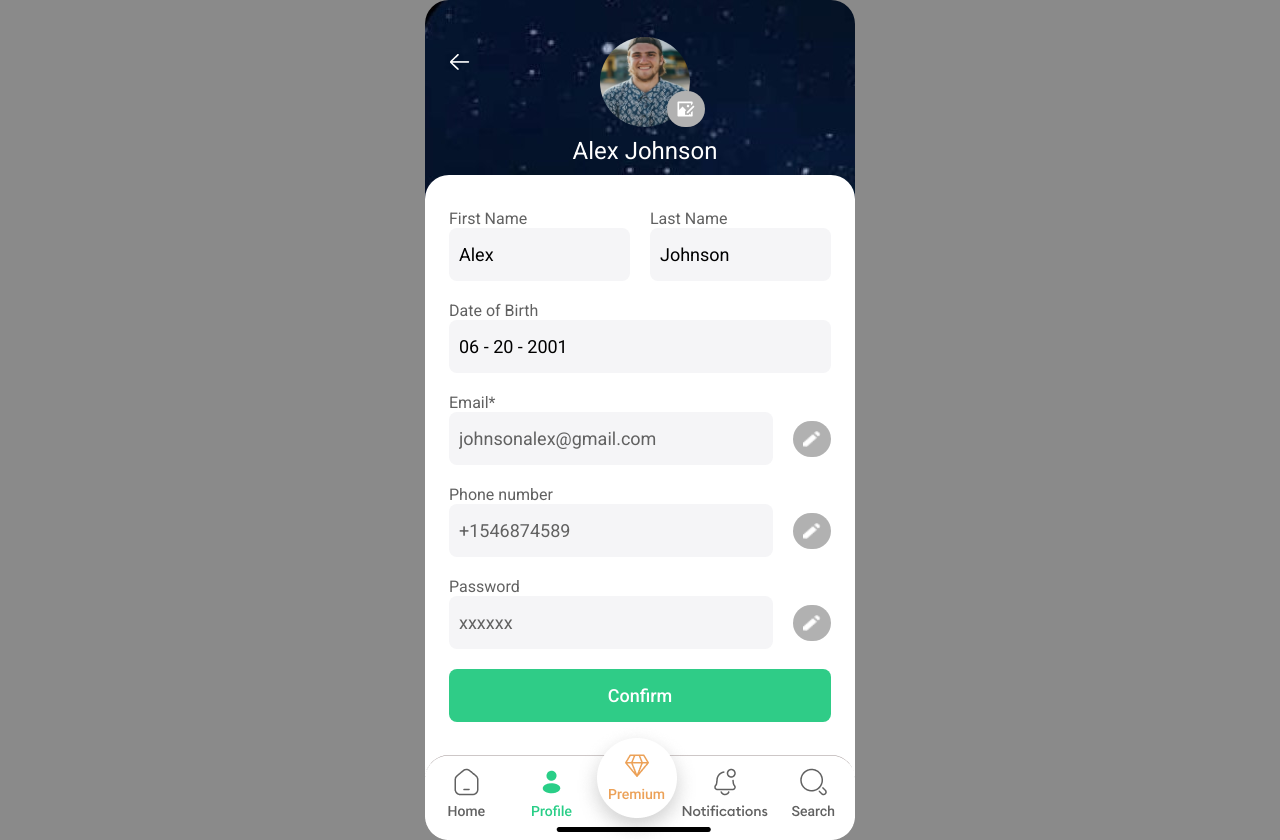
Repository: AytacSafarova/Task-figma-ui
Page: index.html
These files come from the project's save history. The page is drawn as it stood at one moment and after a run of saves; the edit follows.
The browser window is 1280 px wide. The pictures show the whole page.

Above is the page before, as saved 2023-02-25 19:56:12.

### index.html
<html lang="en">
  <head>
    <meta charset="UTF-8" />
    <meta http-equiv="X-UA-Compatible" content="IE=edge" />
    <meta name="viewport" content="width=device-width, initial-scale=1.0" />
    <link rel="stylesheet" href="./index.css" />
    <title>Document</title>
  </head>
  <body>
    <div>
    <div class="container">
      <header>
  <img class="arrow" src="./images/arrow.png" alt="">
            <div class="avatarCollaj">
                <img
                class="avatar"
                src="./images/profle.png"
                alt=""
              />

          <div class="circle">
            <img class="vector" src="./images/Vector (1).svg" alt="" />
          </div>
        </div>


        <h1>Alex Johnson</h1>
      </header>
      <div class="main" >

        <form action="">
            <div class="form_title collaj">
              <div class="name">
                <label> First Name </label>

                <input class="blackFont" type="text" value="Alex" name="name" />
              </div>
              <div>
                <label> Last Name </label>

                <input class="blackFont" type="text" value="Johnson" name="surname" />
              </div>
            </div>
            <div class="collaj">
              <label> Date of Birth </label>

              <input class="blackFont" type="text" value="06 - 20 - 2001" name="date" />
            </div>
            <div class="collaj">


                    <div class="inputLabel collaj">
                <label> Email* </label>
                <div class="iconCollaj">

                <input type="email" value="johnsonalex@gmail.com" name="email" />
            <div class="circle">
                <img class="vector" src="./images/Vector.png" alt="" />
              </div>
              </div>
            </div>

            <div class="inputLabel collaj">
                <label> Phone number </label>
                <div class="iconCollaj">

                <input type="text" value="+1546874589" name="phone" />
            <div class="circle">
                <img class="vector" src="./images/Vector.png" alt="" />
              </div>
              </div>
            </div>

            <div class="inputLabel collaj">
                <label> Password </label>
                <div class="iconCollaj">

                <input type="text" value="xxxxxx" name="password" />
            <div class="circle">
                <img class="vector" src="./images/Vector.png" alt="" />
              </div>
              </div>
            </div>
    <button type="submit">Confirm</button>

          </form>
          <footer>
            <img src="./images/Frame 631814.png" alt="">
             </footer>
      </div>

    </div>

</div>

  </body>
</html>

### index.css
@import url("https://fonts.googleapis.com/css2?family=Roboto:wght@500&display=swap");
@import url("https://fonts.googleapis.com/css2?family=Roboto:wght@400;500&display=swap");
* {
  margin: 0;
  padding: 0;
  box-sizing: border-box;
  font-family: Roboto;
}

body {
  background-color: #8a8a8a;
}
.container {
  width: 430px;
  height: 300px;
  position: relative;
  margin: auto;
  border-radius: 24px;
  background: url("./images/background.png");
}
header {
  padding-top: 37px;
  padding-left: 10px;
}

.avatarCollaj {
  margin: auto;
  width: 90px;
  height: 90px;
  position: relative;
}
.avatar {
  width: 90px;
  height: 90px;
  border-radius: 50%;
  object-fit: fill;
}
.arrow {
  width: 50px;
  height: 50px;
  position: absolute;
}

.circle {
  width: 37.95px;
  height: 36px;
  border-radius: 24px;
  padding: 10px;
  background-color: #b1b1b1;
}
.avatarCollaj .circle {
  position: absolute;
  right: -15px;
  bottom: 0;
}
.vector {
  width: 17.95px;
  height: 16px;
}
h1 {
  font-family: Roboto;
  font-weight: 400;
  font-size: 24px;
  line-height: 28px;
  letter-spacing: 1%;
  color: #ffffff;
  text-align: center;
  margin-top: 10px;
  margin-bottom: 10px;
}

form {
  border-top-left-radius: 24px;
  border-top-right-radius: 24px;
  background-color: #ffffff;
  padding-top: 34px;
  padding-bottom: 34px;
  padding-left: 24px;
  padding-right: 24px;
}

.form_title {
  display: flex;
}
.form_title input {
  width: 181px;
  height: 53px;
}
input {
  background-color: #f5f5f7;
  width: 100%;
  padding-top: 16px;
  padding-bottom: 16px;
  padding-left: 10px;
  border: none;
  border-radius: 8px;
  font-weight: 400;
  color: #616161;
  font-size: 18px;
}
.blackFont {
  color: #000000;
}
label {
  display: block;
  color: #616161;
}
.name {
  margin-right: 20px;
}
.collaj {
  margin-bottom: 20px;
}
.iconCollaj {
  display: flex;
}
.iconCollaj .circle {
  margin: auto;
  margin-left: 20px;
}
.inputLabel input {
  width: 337px;
  height: 53px;
}

button {
  background-color: #2fcc87;
  width: 100%;
  padding-top: 16px;
  padding-bottom: 16px;
  text-align: center;
  color: #ffffff;
  font-size: 18px;
  border: none;
  font-family: Roboto;
  font-weight: 500;
  border-radius: 8px;
}
footer {
  position: absolute;
  left: 0;
}

After the next 2 saves:
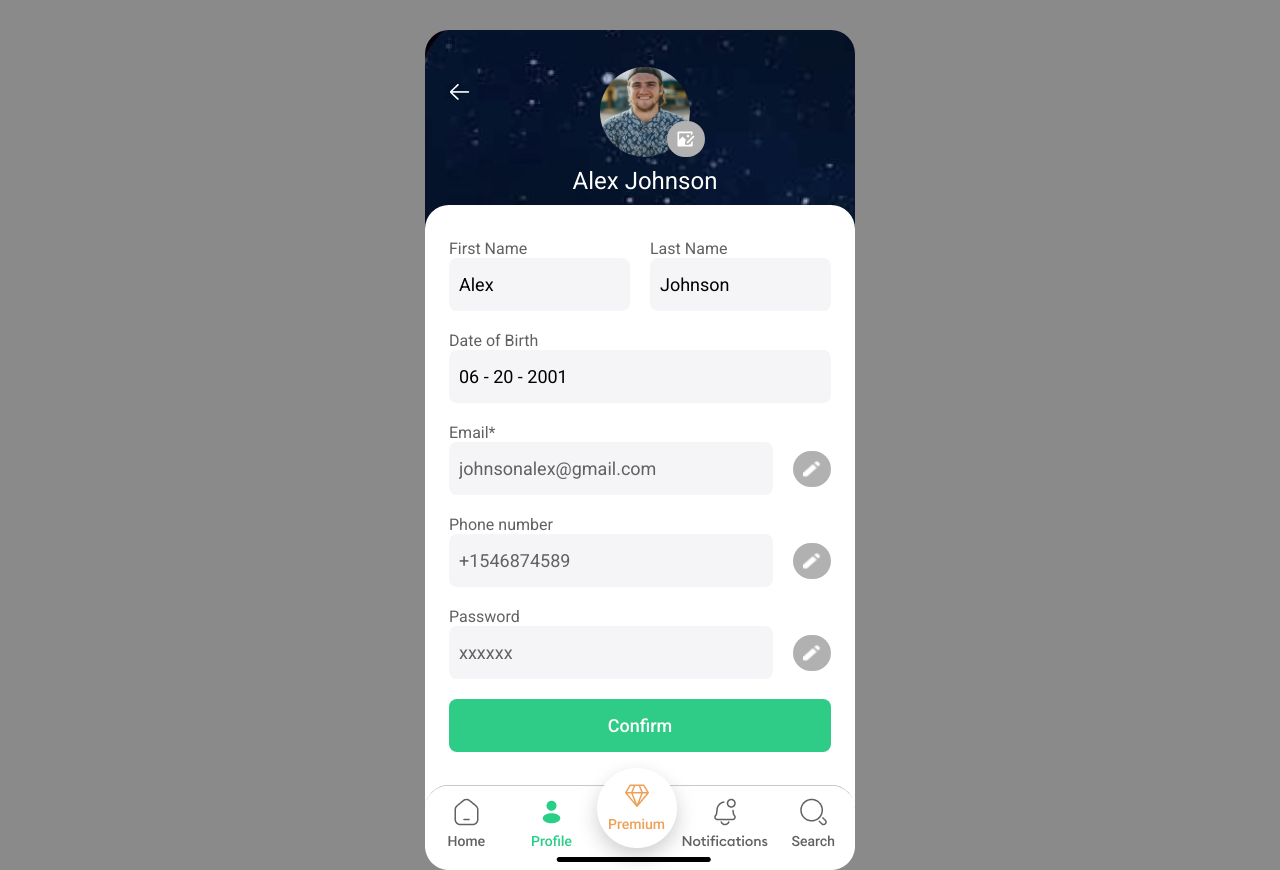
The 2 saves are shown as one change because they came seconds apart.
The last was saved 12 min 5 s later.
--- a/index.css
+++ b/index.css
@@ -15,6 +15,7 @@
   height: 300px;
   position: relative;
   margin: auto;
+  top: 30px;
   border-radius: 24px;
   background: url("./images/background.png");
 }

After the save that followed:
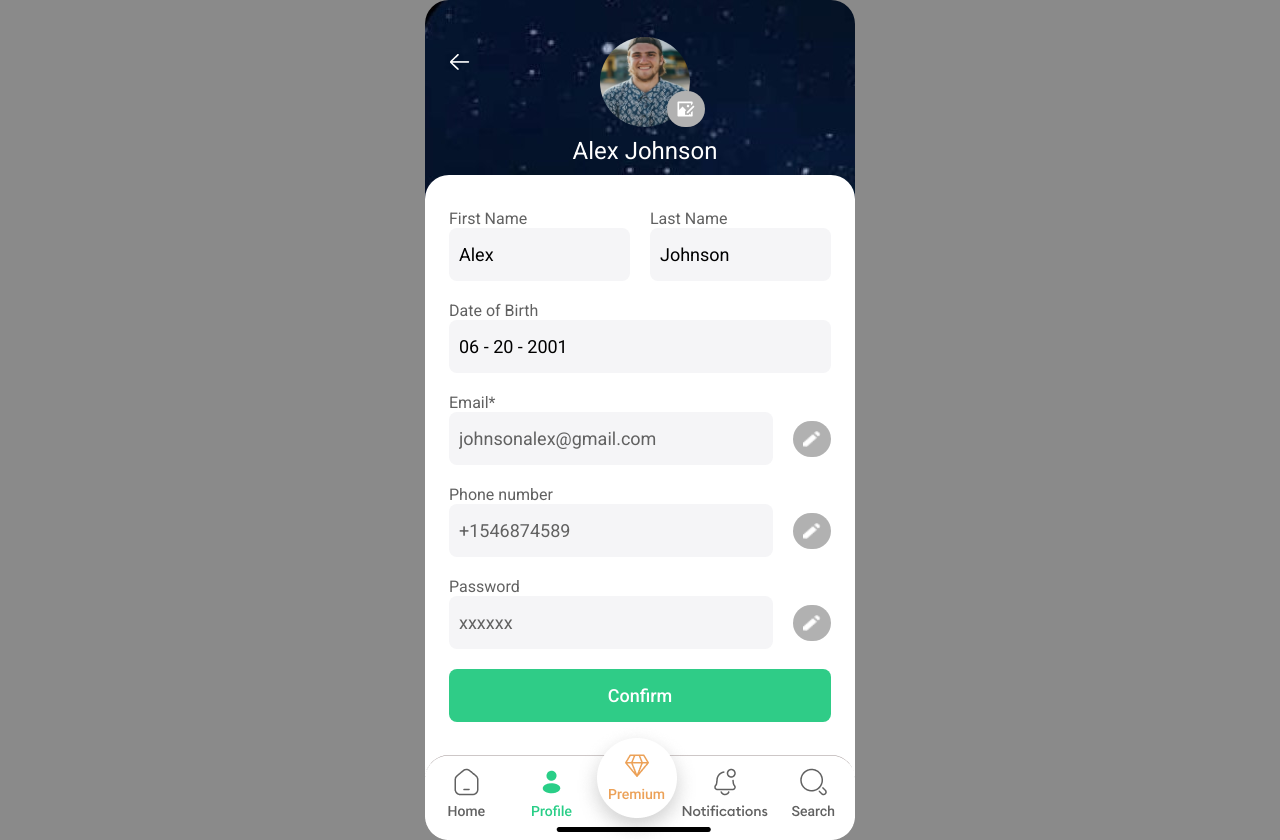
Saved 18 s later.
--- a/index.css
+++ b/index.css
@@ -15,7 +15,7 @@
   height: 300px;
   position: relative;
   margin: auto;
-  top: 30px;
+  top: 50%;
   border-radius: 24px;
   background: url("./images/background.png");
 }
